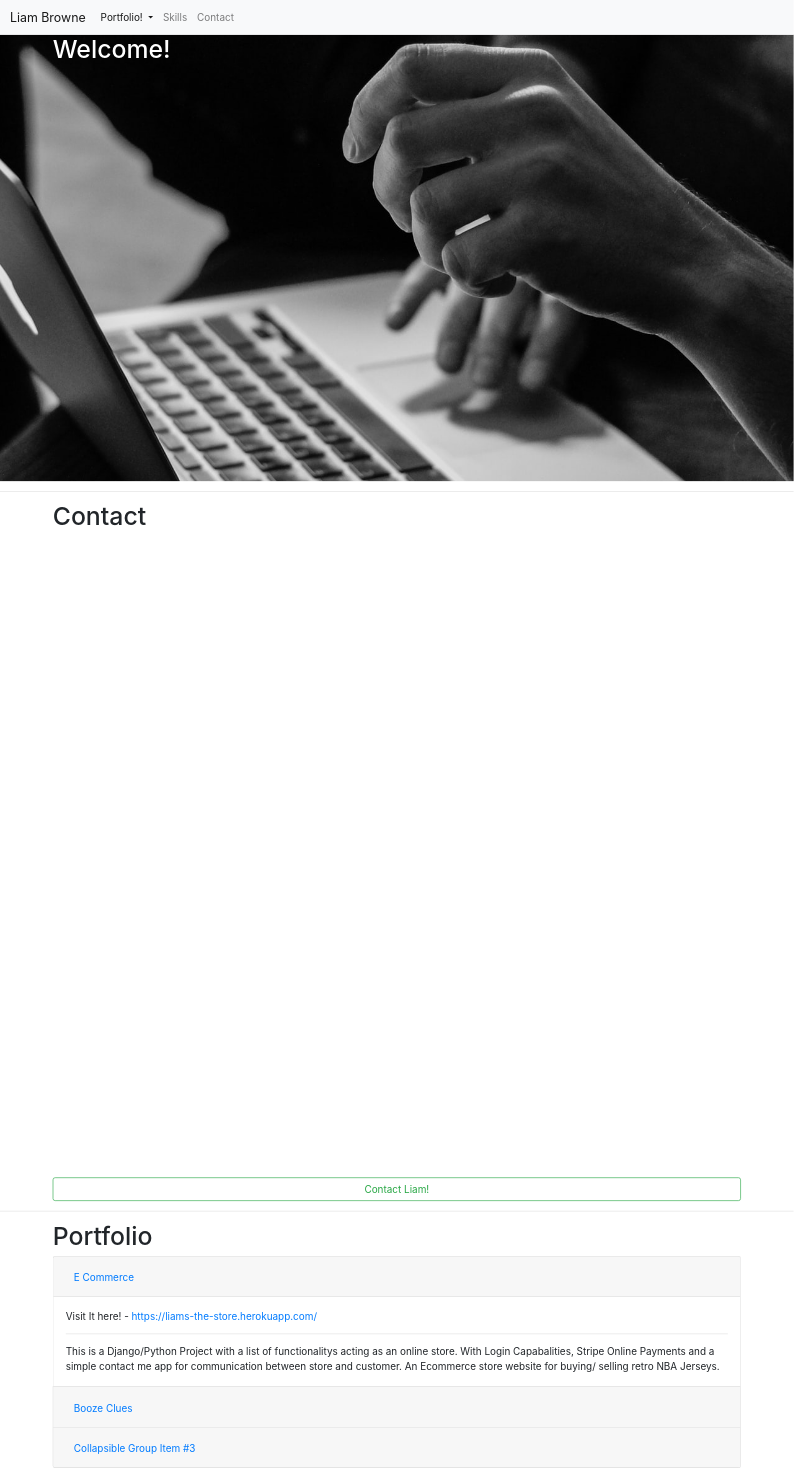
Repository: LiamB123/LiamBrowne.com.github.io
Page: index.html
The author's editor kept a record of every edit. The page is drawn from the files as they stood at one moment, then again after the next edit.
The browser window is 1280 px wide. The pictures show the whole page, at 62% of full size.

Above is the page before.

After the next edit:
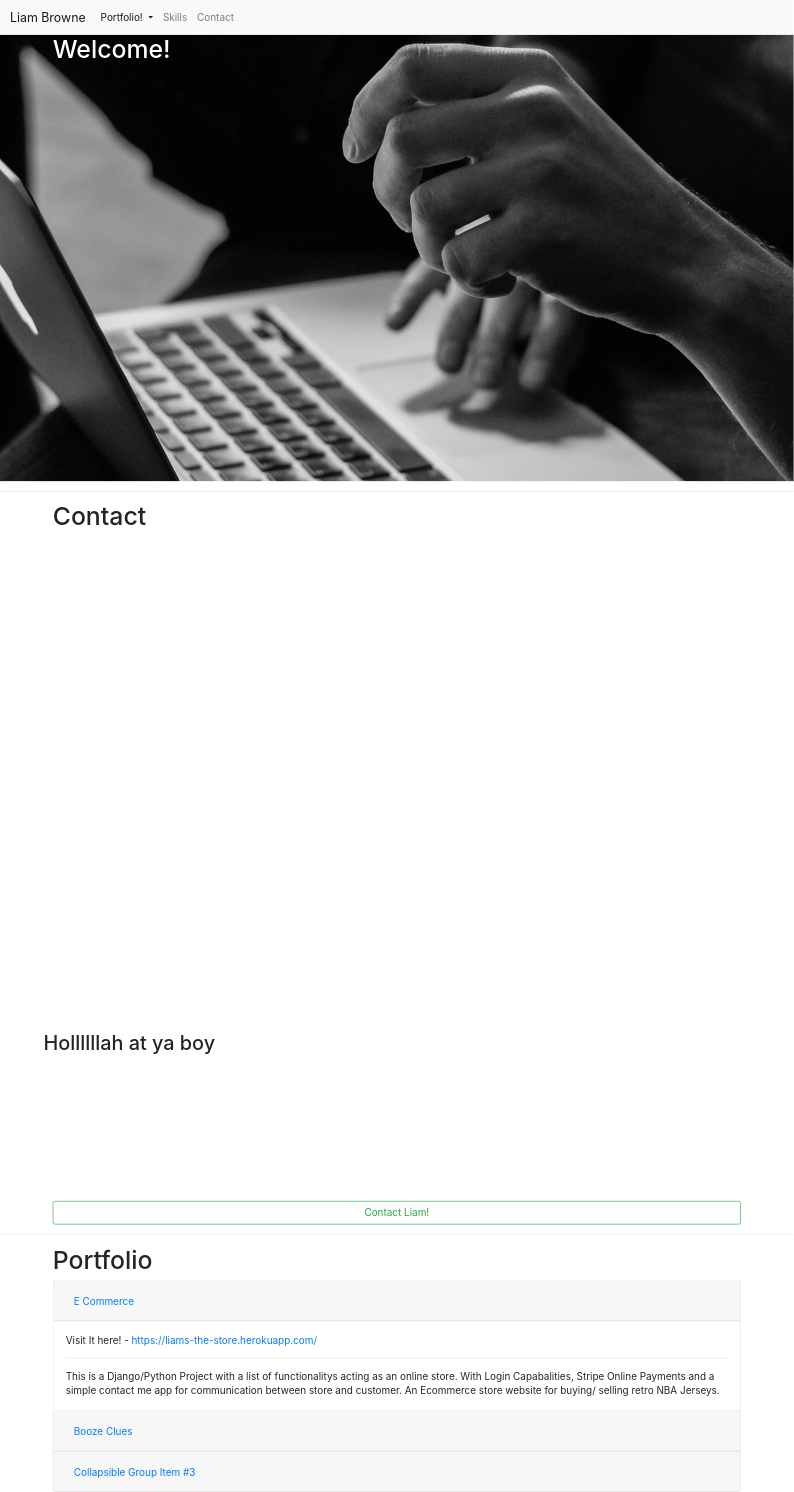
The edit:
--- a/index.html
+++ b/index.html
@@ -86,7 +86,7 @@
           <div class="vertical-align-center">
             <h2>
 
-
+Hollllllah at ya boy
             </h2>
 
 
